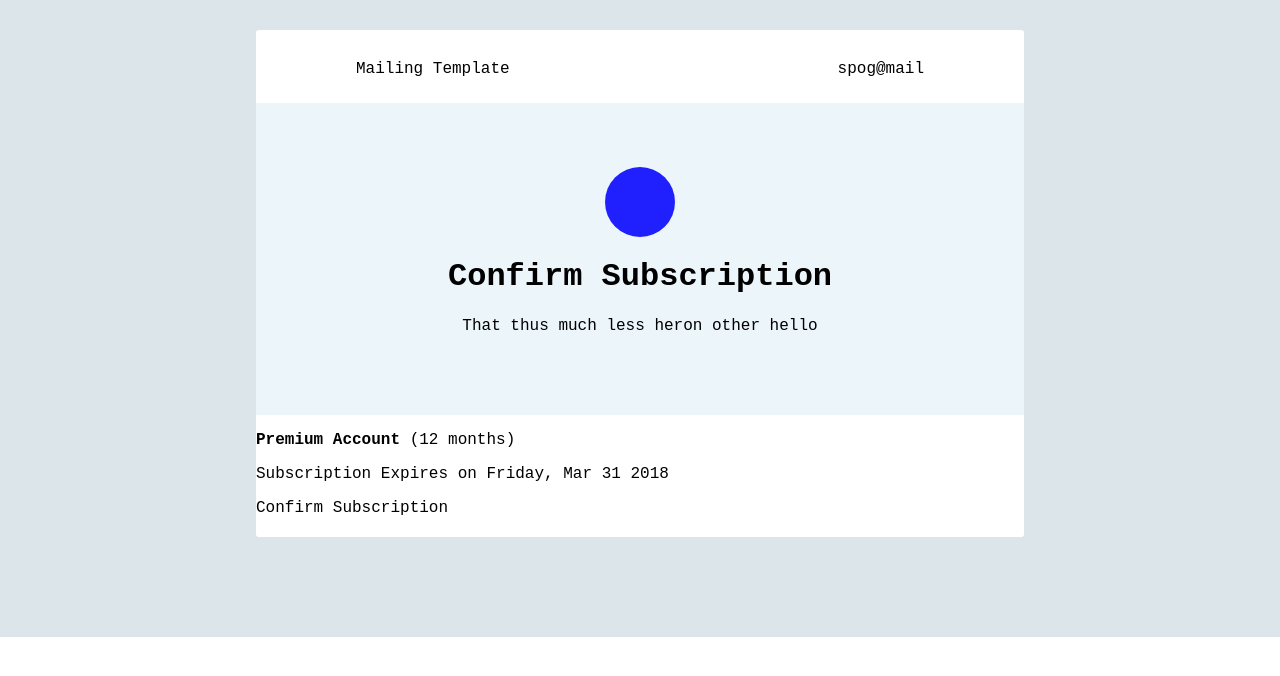
Repository: Lecon-Git/Appmail-Template
Page: mail.html
The author's editor kept a copy of each file at every save. The page is drawn from the files as they stood at one save, then again after the next save.
The browser window is 1280 px wide. The pictures show the whole page.

Above is the page before, as saved 2021-11-01 21:44:58.

### mail.html
<!DOCTYPE html>
<html lang="en">

<head>
    <meta charset="UTF-8">
    <meta http-equiv="X-UA-Compatible" content="IE=edge">
    <meta name="viewport" content="width=device-width, initial-scale=1.0">
    <title>Service Confirmation</title>
    <link rel="stylesheet" href="css/mail.css">
</head>

<body>
    <div class="container">
        <div class="main">
            <div class="head_1">
                <span class="logo">Mailing Template</span>
                <span class="username">spog@mail</span>
            </div>
            <div class="subscribe">
                <div class="circle"></div>
                <h1>Confirm Subscription</h1>
                <p>That thus much less heron other hello</p>
            </div>
            <div class="premium">
                <div class="text">
                    <p><strong>Premium Account</strong> (12 months)</p>
                    <p>Subscription Expires on Friday, Mar 31 2018</p>
                </div>
                <div class="sub_btn">Confirm Subscription</div>
            </div>
        </div>
    </div>
</body>

</html>

### css/mail.css
body {
    margin: 0;
    font-family: "Courier New", Courier, monospace;
}

.container {
    padding: 30px 0 100px;
    background-color: #dbe5ea;
}

.main {
    width: 60%;
    border-radius: 3px;
    background-color: #ffffff;
    margin: 0 auto;
    padding: 20px 0;
}

.head_1 {
    display: flex;
    flex-direction: row;
    padding: 10px 100px 25px;
}

.head_1 span {
    flex: 1;
}

.logo {}

.username {
    text-align: right;
}

.subscribe {
    background-color: #ebf5fa;
    padding: 64px 0;
    text-align: center;
}

.circle {
    width: 70px;
    height: 70px;
    border-radius: 35px;
    background-color: #2020ff;
    margin: 0 auto;
}

After the next save:
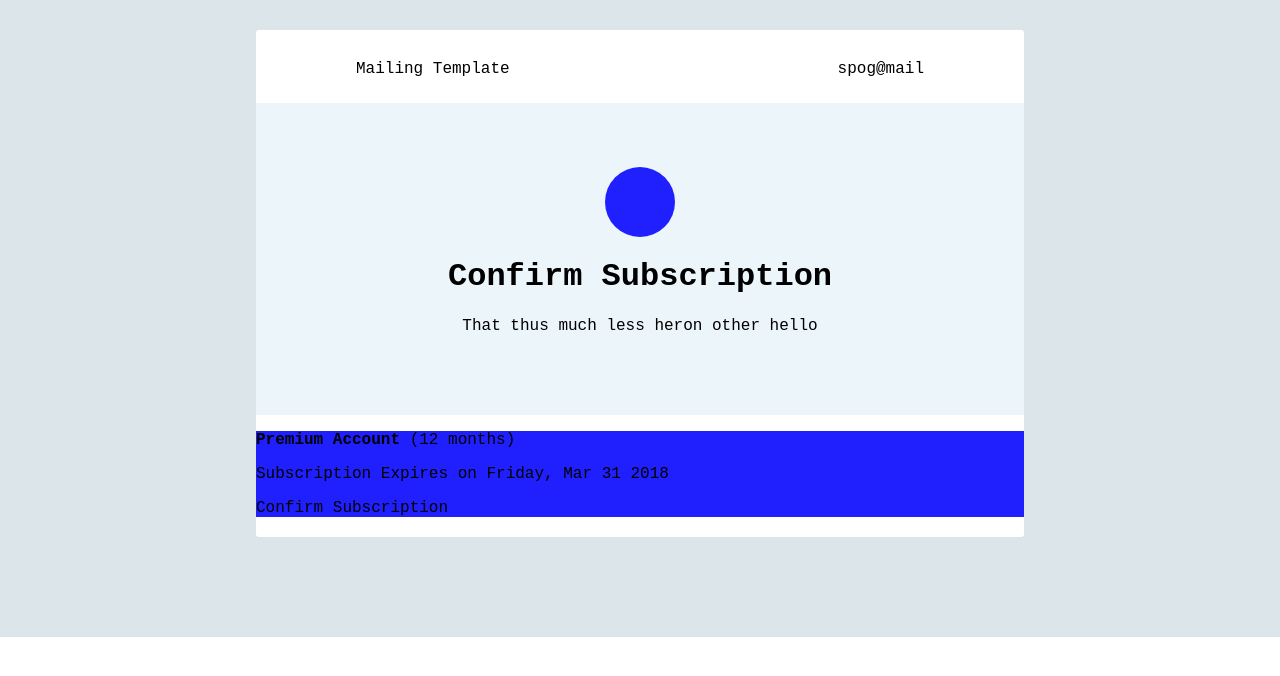
Saved 41 s later.
--- a/css/mail.css
+++ b/css/mail.css
@@ -45,3 +45,7 @@ body {
     background-color: #2020ff;
     margin: 0 auto;
 }
+
+.premium {
+    background-color: #2020ff;
+}
